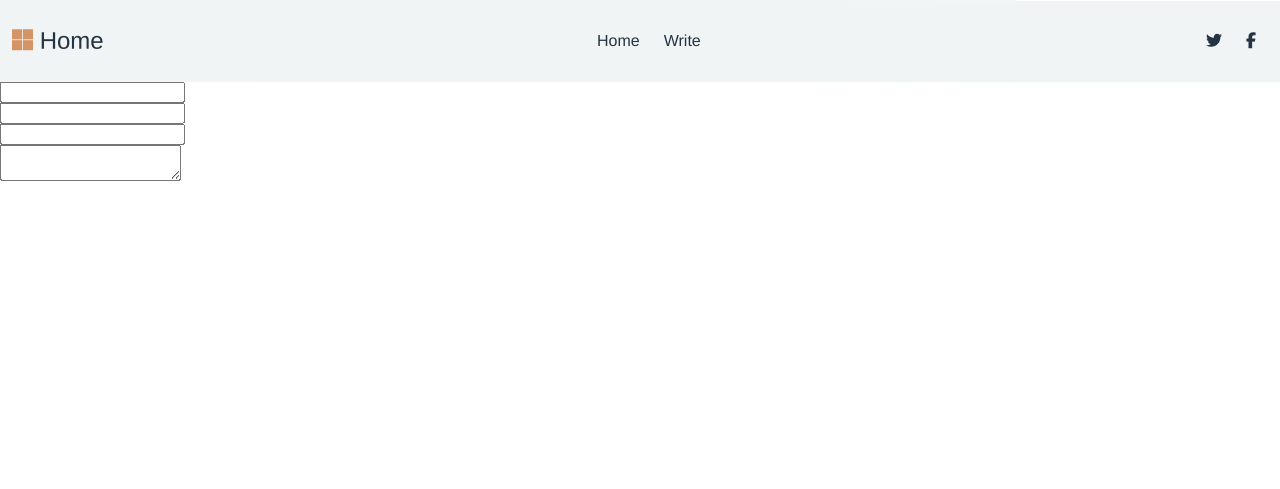
Repository: hhw12409/pracite-node.js
Page: http://localhost/write
The author's editor kept a copy of each file at every save. The page is drawn from the files as they stood at one save, then again after the next save.
The browser window is 1280 px wide. The pictures show the whole page.
Some web fonts or font styles are not loaded; a fallback is used. Some web libraries are served in a nearby version. The page is served by the project's Node server (server.js).

Above is the page before, as saved 2022-05-03 01:06:41.

### views/write.ejs
<!DOCTYPE html>
<html>
<head>
  <meta charset="UTF-8">
  <meta http-equiv="X-UA-Compatible" content="IE=edge">
  <meta name="viewport" content="width=device-width, initial-scale=1.0">
  <title>node.js practice</title>
</head>
<body>
  <%- include('nav.html')%>
  <form>
    <div class="w-100">
      <input>
    </div>
    <div class="w-50">
      <input>
    </div>
    <div class="w-50">
      <input>
    </div>
    <div class="w-100">
      <textarea></textarea>
    </div>
  </form>
</body>
</html>

### views/nav.html
<!DOCTYPE html>
<html>
<head>
    <meta charset="UTF-8">
    <meta http-equiv="X-UA-Compatible" content="IE=edge">
    <meta name="viewport" content="width=device-width, initial-scale=1.0">
    <link rel="stylesheet" href="/css/styles.css">
    <link rel="preconnect" href="https://fonts.googleapis.com">
    <link rel="preconnect" href="https://fonts.gstatic.com" crossorigin>
    <title>Nav bar</title>
    <script
    src="https://kit.fontawesome.com/6478f529f2.js"
    crossorigin="anonymous">
    </script>
    <script src="/js/main.js" defer></script>
</head>
<body>
    <nav class="navbar">
        <div class="navbar__logo">
            <i class="fab fa-microsoft"></i>
            <a href="/">Home</a>
        </div>

        <ul class="navbar__menu">
            <li><a href="/">Home</a></li>
            <li><a href="/write">Write</a></li>
            <!-- <li><a href="">Weddings</a></li>
            <li><a href="">FAQ</a></li>
            <li><a href="">Bookings</a></li> -->
        </ul>

        <ul class="navbar__icons">
            <li><i class="fab fa-twitter"></i></li>
            <li><i class="fab fa-facebook-f"></i></li>
        </ul>

        <a href="#" class="navbar__togleBtn">
            <i class="fas fa-bars"></i>
        </a>
    </nav>
</body>
</html>

### server.js
const express = require('express');
const app = express();
require('dotenv').config()

const MongoClient = require('mongodb').MongoClient;
let db;
MongoClient.connect(process.env.DB_URL, { useUnifiedTopology: true } ,(err, client)=> {
  if(err) return console.log(err)
  db = client.db(process.env.Collection);

  db.collection('posts').insertOne( {이름 : 'John', _id : 100} , function(err, result){
      console.log(`테스트저장완료 ${result}`);
  });

  app.listen(process.env.PORT , function(){
    console.log("listening on server");
  });
})

// css middleware연동
app.use(express.static(__dirname + '/public'));

app.set('view engine', 'ejs');

require('dotenv').config()

app.get('/', (req, res)=> {
  res.render('index.ejs', {})
})

app.get('/html', (req, res)=> {
  res.render('html.ejs', {})
})

app.get('/css', (req, res)=> {
  res.render('css.ejs', {})
})

app.get('/javascript', (req, res)=> {
  res.render('javascript.ejs', {})
})

app.get('/write', (req, res)=> {
  res.render('write.ejs', {})
})

### public/css/styles.css
@import url("https://fonts.googleapis.com/css2?family=Source+Sans+Pro&display=swap");

@import "variables.css";

/* Components */
@import "components/nav-bar.css";

body {
  margin: 0;
  font-family: 'Source Sans Pro', sans-serif;
  transform: rotate(0.03deg);
}

a {
  text-decoration: none;
  color:var(--text-color);
}

### public/js/main.js
const toggleBtn = document.querySelector('.navbar__togleBtn');
const menu = document.querySelector('.navbar__menu');
const icons = document.querySelector('.navbar__icons');

toggleBtn.addEventListener('click', ()=> {
    menu.classList.toggle('active');
    icons.classList.toggle('active');
});

### public/css/variables.css
:root {
  --text-color: #263343;
  --background-color: #f0f4f5 ;
  --accent-color: #d49466;
}

### public/css/components/nav-bar.css
.navbar {
  display: flex;
  justify-content: space-between;
  align-items: center;
  background-color: var(--background-color);
  padding: 8px 12px;
}

.navbar__logo {
  font-size: 24px;
  color: var(--text-color);
}

.navbar__logo i {
  color: var(--accent-color);
}

.navbar__menu {
  display: flex;
  list-style: none;
  padding-left: 0;
}

.navbar__menu li {
  padding : 8px 12px;
}

.navbar__menu li:hover {
  background-color: var(--accent-color);
  border-radius: 4px;
}

.navbar__icons {
  list-style: none;
  color:var(--text-color);
  display: flex;
  padding-left: 0;
}

.navbar__icons li {
  padding: 8px 12px;
}

.navbar__togleBtn {
  display: none;
  position: absolute;
  right: 32px;
  font-size: 24px;
  color: var(--accent-color);
}

@media screen and (max-width: 768px) {
  .navbar {
      flex-direction: column;
      align-items: flex-start;
      padding: 8px 24px;
  }

  .navbar__menu {
      display: none;
      flex-direction: column;
      align-items: center;
      width: 100%;
  }

  .navbar__menu li {
      width:100%;
      text-align: center;
  }

  .navbar__icons {
      display: none;
      justify-content: center;
      width: 100%;
  }

  .navbar__togleBtn {
      display: block;
  }

  .navbar__menu.active,
  .navbar__icons.active {
      display: flex;
  }
}

After the next save:
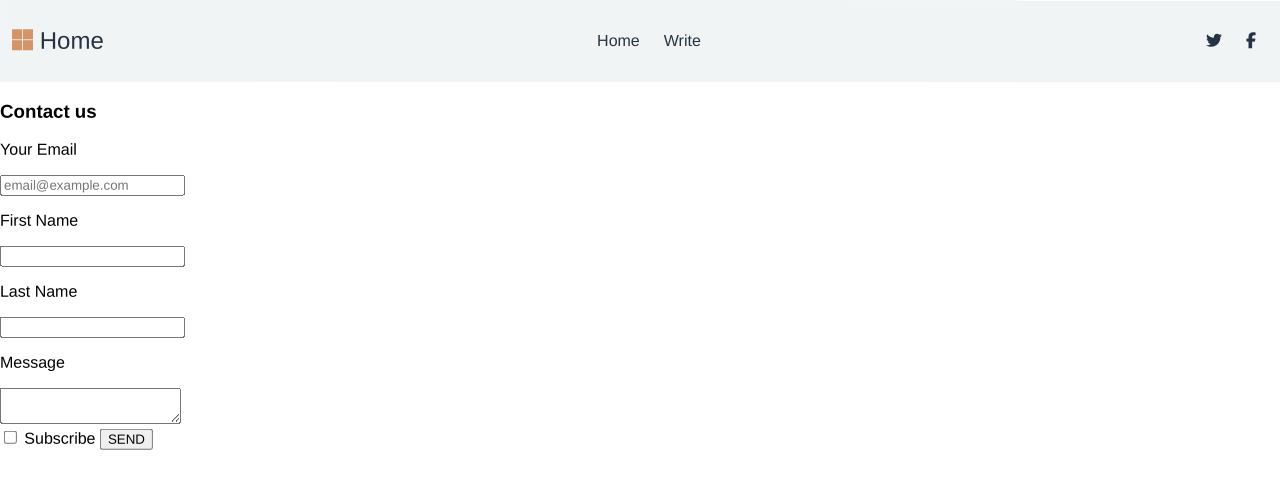
Saved 32 s later.
--- a/views/write.ejs
+++ b/views/write.ejs
@@ -8,19 +8,40 @@
 </head>
 <body>
   <%- include('nav.html')%>
-  <form>
-    <div class="w-100">
-      <input>
+  <div class="form-background">
+    <div class="form-white">
+      <form action="">
+        <div class="w-100">
+          <h3>Contact us</h3>
+          <p>Your Email</p>
+          <input type="email" class="form-input" placeholder="email@example.com">
+        </div>
+
+        <div class="w-50">
+          <p>First Name</p>
+          <input type="text" class="form-input">
+        </div>
+        <div class="w-50">
+          <p>Last Name</p>
+          <input type="text" class="form-input">
+        </div>
+
+        <div style="clear: both; float: none;"></div>
+
+        <div class="w-100">
+          <p>Message</p>
+          <textarea class="form-input">
+          </textarea>
+        </div>
+
+        <div>
+          <input id="sub" type="checkbox">
+          <label for="sub">Subscribe</label>
+          <button class="send-btn">SEND</button>
+        </div>
+
+      </form>
     </div>
-    <div class="w-50">
-      <input>
-    </div>
-    <div class="w-50">
-      <input>
-    </div>
-    <div class="w-100">
-      <textarea></textarea>
-    </div>
-  </form>
+  </div>
 </body>
 </html>
